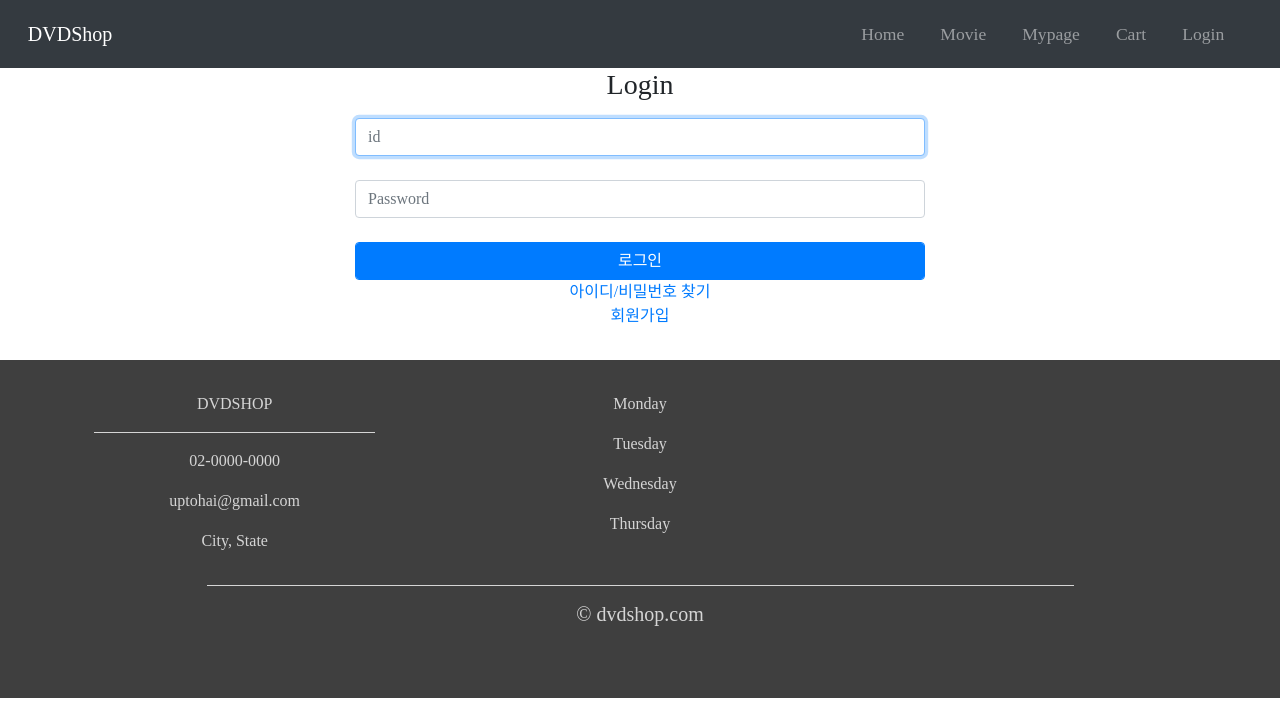
Repository: afterup/dvdshop
Page: http://localhost/shop_project/view/user/login_fail.jsp
These files come from the project's save history. The page is drawn as it stood at one moment and after the next save; the edit follows.
The browser window is 1280 px wide. The pictures show the whole page.
The page is served by Tomcat 9.

Above is the page before, as saved 2019-08-14 07:18:25.

After the next save:
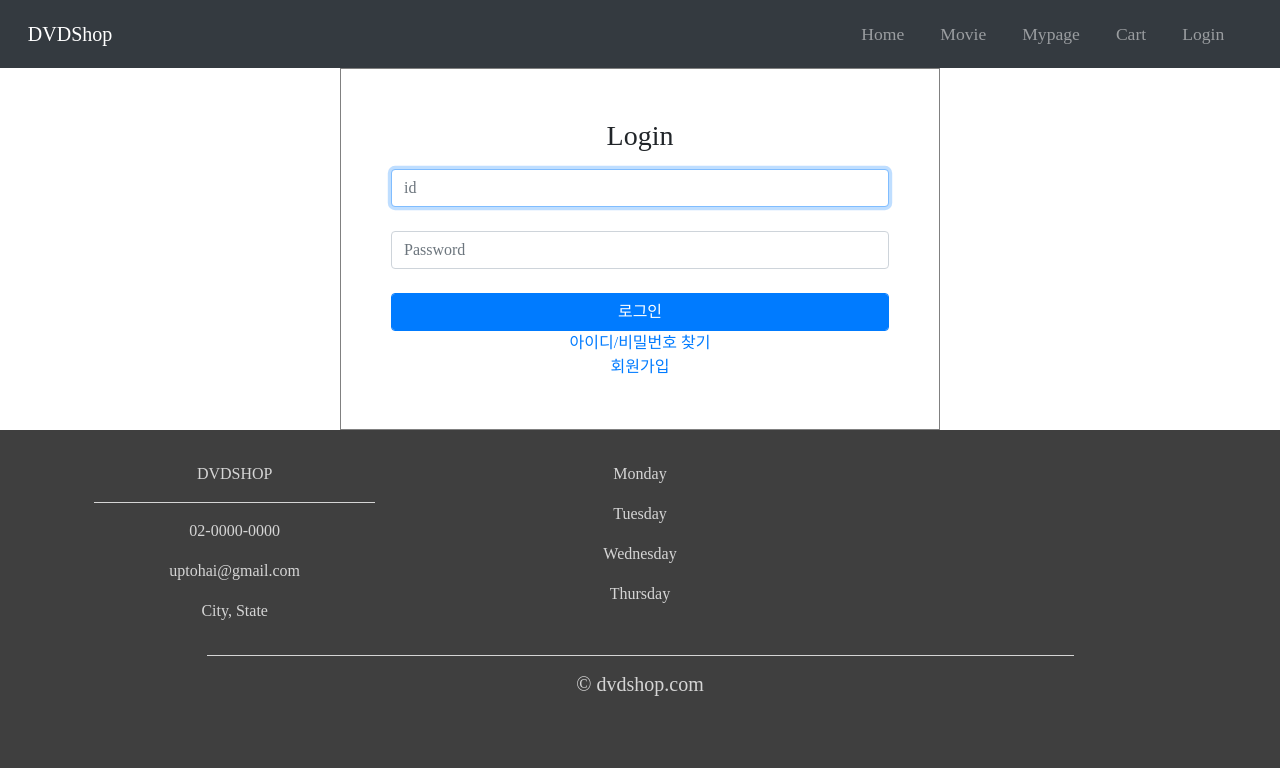
Saved 25 s later.
--- a/shop_project/WebContent/view/user/login_fail.jsp
+++ b/shop_project/WebContent/view/user/login_fail.jsp
@@ -16,6 +16,8 @@
     <style>
     	.container {
     		width: 600px;
+    		padding: 50px;
+    		border: 1px solid gray;
     	}
 
 
